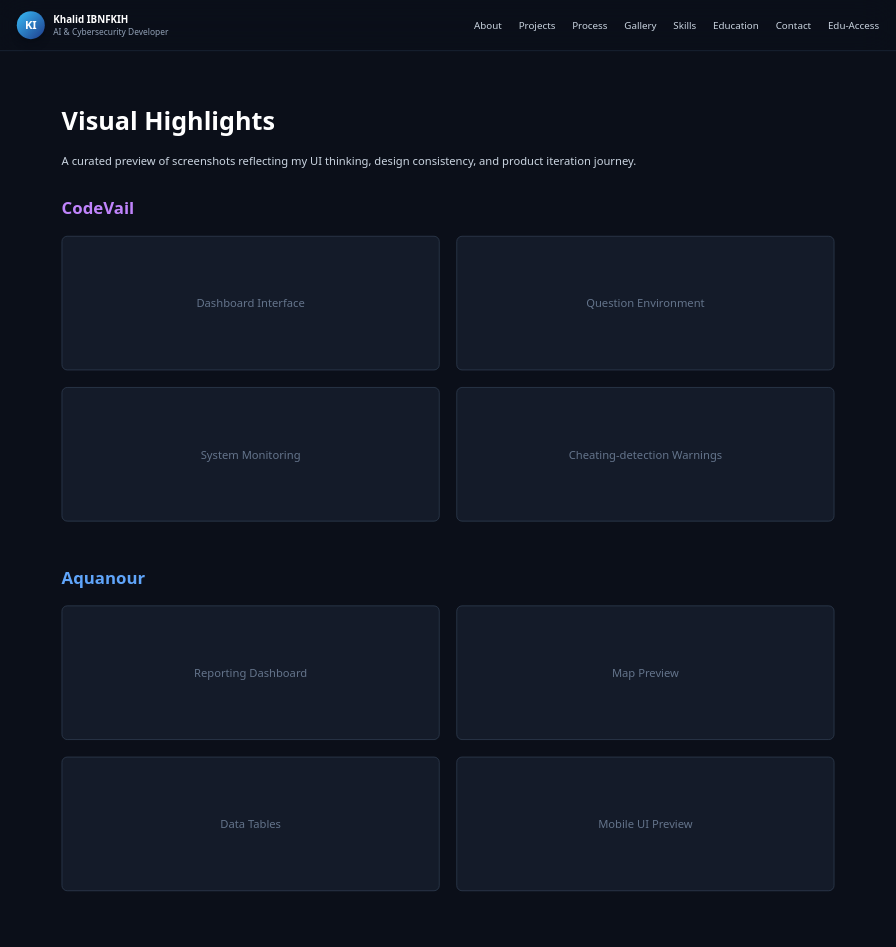
Repository: IBNKHALID06/KhalidAlxPortfolio
Page: /gallery
The author's editor kept a copy of each file at every save. The page is drawn from the files as they stood at one save, then again after a run of saves.
The browser window is 1280 px wide. The pictures show the whole page, at 70% of full size.
The project was rebuilt for these pictures with package versions that can differ from the ones it lists, and the page was loaded fresh each time. Also part of the build but not shown: vite.config.js, src/pages/About.tsx, src/components/ProjectCard.tsx, src/pages/Projects.tsx, src/pages/Process.tsx, src/pages/Skills.tsx, src/pages/Education.tsx, src/pages/Contact.tsx and 1 more.

Above is the page before, as saved 2025-11-30 20:13:14.

After the next 5 saves:
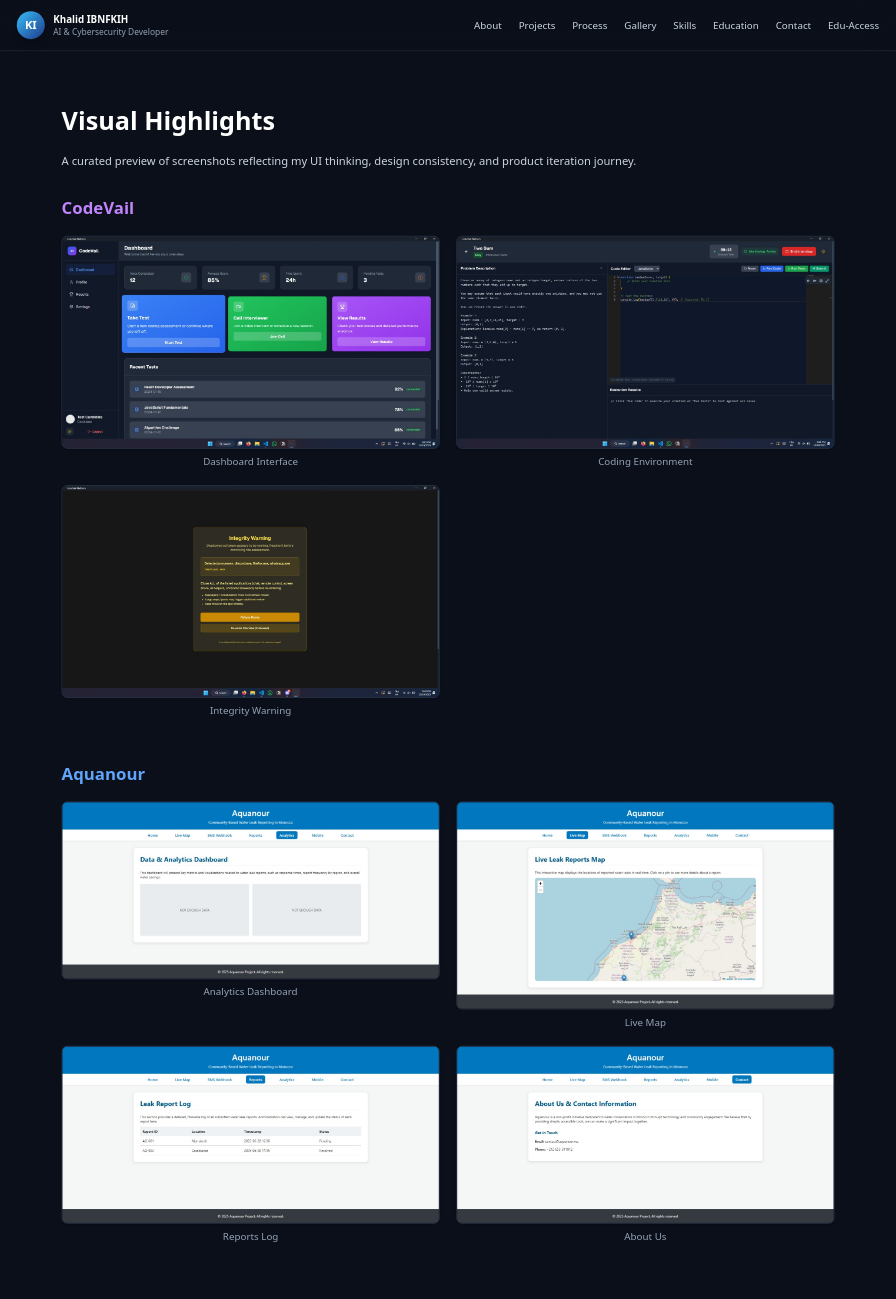
The 5 saves are shown as one change because 3 did not build or start and some came seconds apart.
The last was saved 18 min 10 s later.
--- a/src/pages/Gallery.tsx
+++ b/src/pages/Gallery.tsx
@@ -1,4 +1,15 @@
 import Page from "../components/Page";
+import ImageBox from "../components/ImageBox";
+
+// ⚠️ IMPORTANT: You must save your images to src/assets/ with these exact names:
+import aquanourMap from "../assets/aquanour_map.jpg";
+import aquanourReports from "../assets/aquanour_reports.jpg";
+import aquanourAnalytics from "../assets/aquanour_analytics.jpg";
+import aquanourAbout from "../assets/aquanour_about.jpg";
+
+import codevailDashboard from "../assets/codevail_dashboard.jpg";
+import codevailEditor from "../assets/codevail_editor.jpg";
+import codevailWarning from "../assets/codevail_warning.jpg";
 
 export default function Gallery() {
   return (
@@ -12,17 +23,17 @@ export default function Gallery() {
         <section>
           <h3 className="text-2xl font-semibold text-purple-400 mb-6">CodeVail</h3>
           <div className="grid md:grid-cols-2 gap-6">
-            <div className="bg-slate-800/50 h-48 rounded-lg flex items-center justify-center border border-slate-700">
-              <span className="text-slate-500">Dashboard Interface</span>
+            <div className="space-y-2">
+              <ImageBox src={codevailDashboard} />
+              <p className="text-center text-slate-400 text-sm">Dashboard Interface</p>
             </div>
-            <div className="bg-slate-800/50 h-48 rounded-lg flex items-center justify-center border border-slate-700">
-              <span className="text-slate-500">Question Environment</span>
+            <div className="space-y-2">
+              <ImageBox src={codevailEditor} />
+              <p className="text-center text-slate-400 text-sm">Coding Environment</p>
             </div>
-            <div className="bg-slate-800/50 h-48 rounded-lg flex items-center justify-center border border-slate-700">
-              <span className="text-slate-500">System Monitoring</span>
-            </div>
-            <div className="bg-slate-800/50 h-48 rounded-lg flex items-center justify-center border border-slate-700">
-              <span className="text-slate-500">Cheating-detection Warnings</span>
+            <div className="space-y-2">
+              <ImageBox src={codevailWarning} />
+              <p className="text-center text-slate-400 text-sm">Integrity Warning</p>
             </div>
           </div>
         </section>
@@ -30,17 +41,21 @@ export default function Gallery() {
         <section>
           <h3 className="text-2xl font-semibold text-blue-400 mb-6">Aquanour</h3>
           <div className="grid md:grid-cols-2 gap-6">
-            <div className="bg-slate-800/50 h-48 rounded-lg flex items-center justify-center border border-slate-700">
-              <span className="text-slate-500">Reporting Dashboard</span>
+            <div className="space-y-2">
+              <ImageBox src={aquanourAnalytics} />
+              <p className="text-center text-slate-400 text-sm">Analytics Dashboard</p>
             </div>
-            <div className="bg-slate-800/50 h-48 rounded-lg flex items-center justify-center border border-slate-700">
-              <span className="text-slate-500">Map Preview</span>
+            <div className="space-y-2">
+              <ImageBox src={aquanourMap} />
+              <p className="text-center text-slate-400 text-sm">Live Map</p>
             </div>
-            <div className="bg-slate-800/50 h-48 rounded-lg flex items-center justify-center border border-slate-700">
-              <span className="text-slate-500">Data Tables</span>
+            <div className="space-y-2">
+              <ImageBox src={aquanourReports} />
+              <p className="text-center text-slate-400 text-sm">Reports Log</p>
             </div>
-            <div className="bg-slate-800/50 h-48 rounded-lg flex items-center justify-center border border-slate-700">
-              <span className="text-slate-500">Mobile UI Preview</span>
+            <div className="space-y-2">
+              <ImageBox src={aquanourAbout} />
+              <p className="text-center text-slate-400 text-sm">About Us</p>
             </div>
           </div>
         </section>
